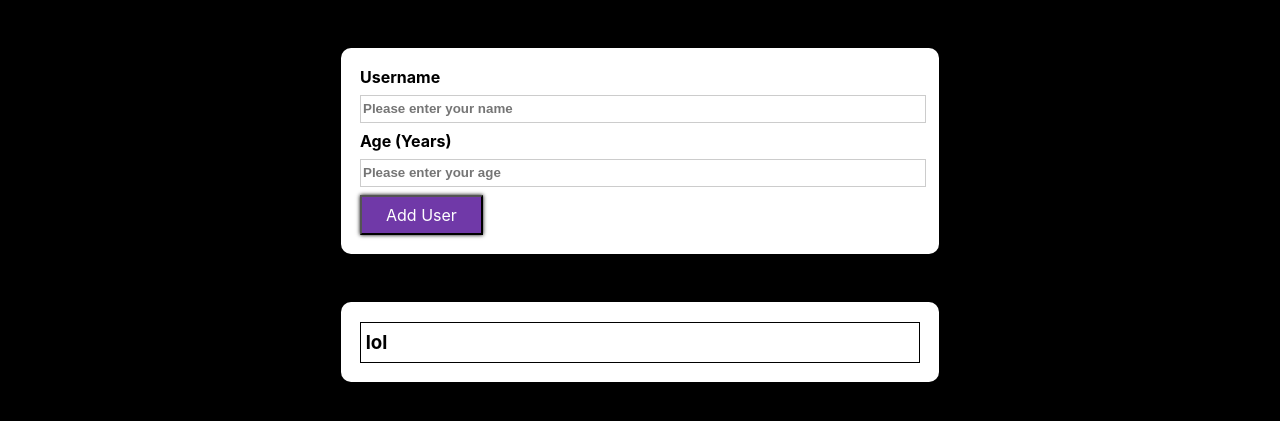
Repository: NamalPathirana/section-eight
Page: /
These files come from the project's save history. The page is drawn as it stood at one moment and after a run of saves; the edit follows.
The browser window is 1280 px wide. The pictures show the whole page.
The project was rebuilt for these pictures with package versions that can differ from the ones it lists, and the page was loaded fresh each time.

Above is the page before, as saved 2021-11-26 04:08:02.

After the next 2 saves:
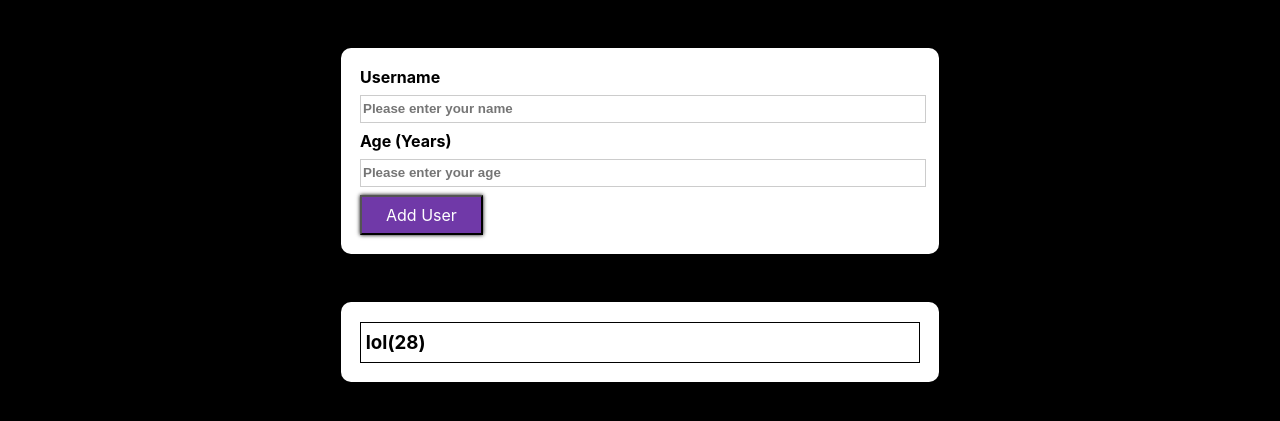
The 2 saves are shown as one change because 1 did not build or start.
The last was saved 27 s later.
--- a/src/Components/UserListItem/UserListItem.js
+++ b/src/Components/UserListItem/UserListItem.js
@@ -4,7 +4,7 @@ import styles from './UserListItem.module.css';
 const UserListItem = (props) => {
     return(
         <div className={styles.list_item}>
-            <h3>{props.name}</h3>
+            <h3>{props.name}({props.age})</h3>
         </div>
     );
 }
